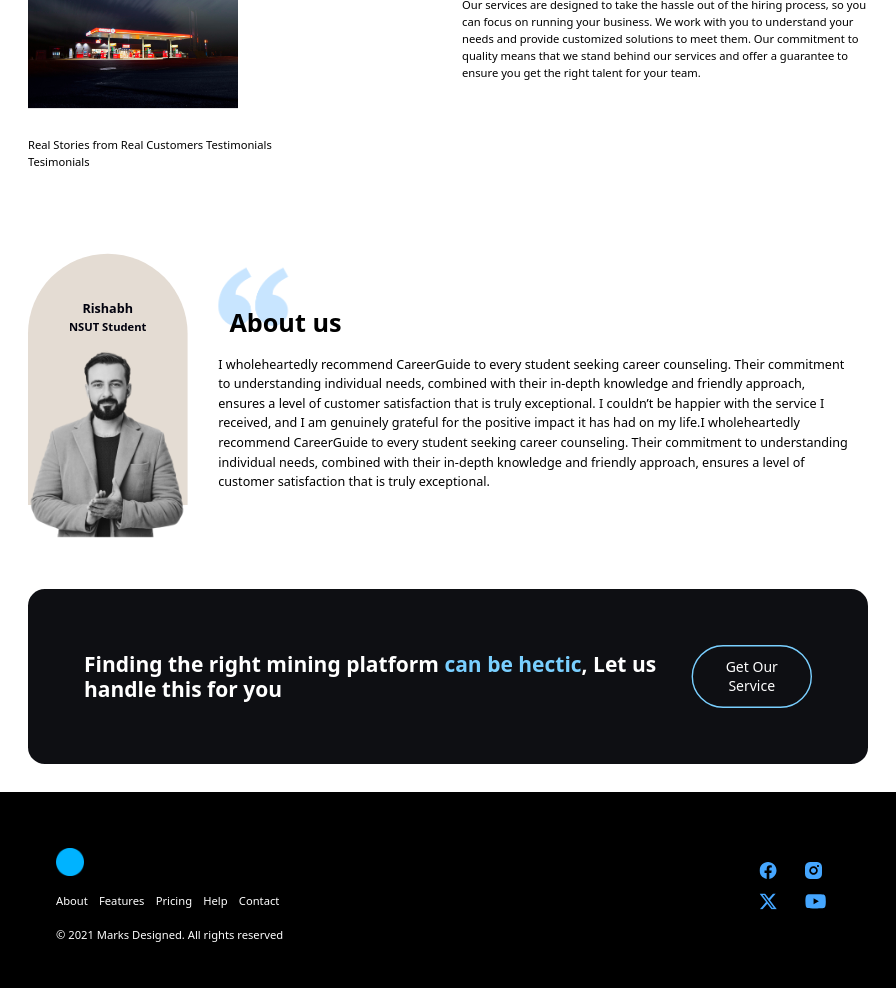
Repository: ayushtenguria/uniteksol
Page: /
The author's editor kept a copy of each file at every save. The page is drawn from the files as they stood at one save, then again after a run of saves.
The browser window is 1280 px wide. The pictures show the part of the page from y = 1229 to 3149 px (the page is 2640 px tall before and 4082 px after), at 70% of full size.
The project was rebuilt for these pictures with package versions that can differ from the ones it lists, and the page was loaded fresh each time. The framework's server and built-in components were replaced by stand-ins that run in the browser. Also part of the build but not shown: next.config.mjs.

Above is the page before, as saved 2024-02-23 20:35:22.

After the next 2 saves:
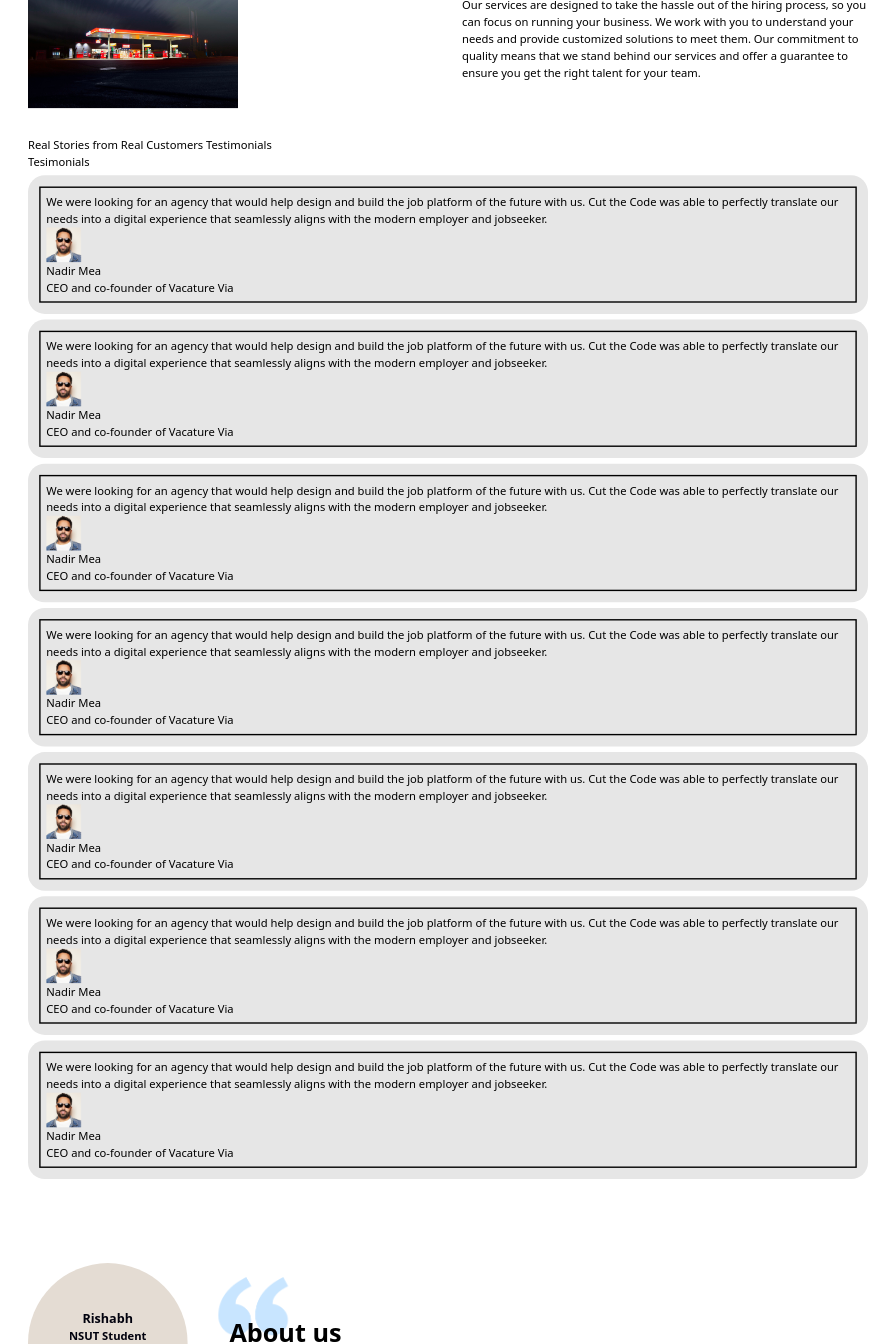
The 2 saves are shown as one change because 1 did not build or start.
The last was saved 14 s later.
--- a/components/Testimonials.js
+++ b/components/Testimonials.js
@@ -10,7 +10,7 @@
 Testimonials
             </h1>
             <p>Tesimonials</p>
-            {TESTIMONIALS.map((t)=>{
+            {TESTIMONIALS.map((t)=>(
                 <Card>
                     <div className="border-2 border-black p-2">
                     <div>
@@ -25,7 +25,7 @@
                     </div>
                     </div>
                 </Card>
-            })}
+            ))}
         </div>
     )
 }
